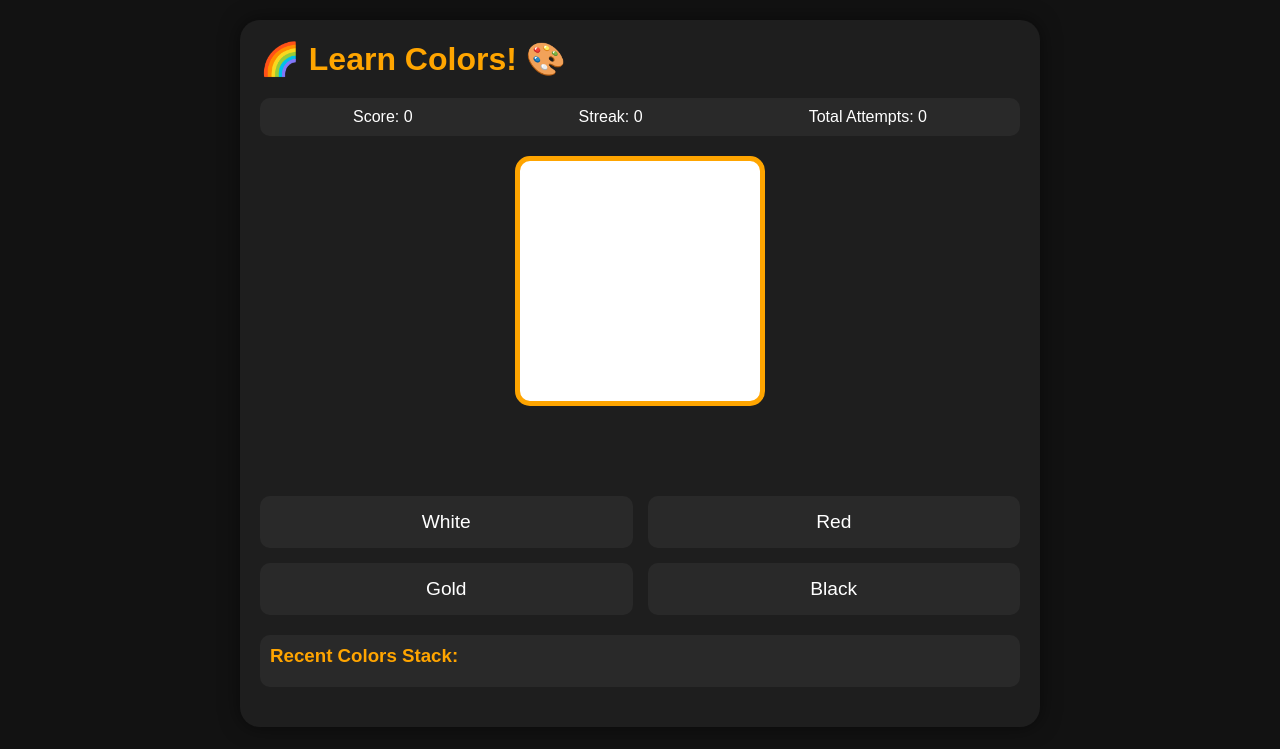
Repository: abhijeets54/learncolors
Page: project.html
The author's editor kept a copy of each file at every save. The page is drawn from the files as they stood at one save, then again after the next save.
The browser window is 1280 px wide. The pictures show the whole page.

Above is the page before, as saved 2024-11-17 19:56:06.

After the next save:
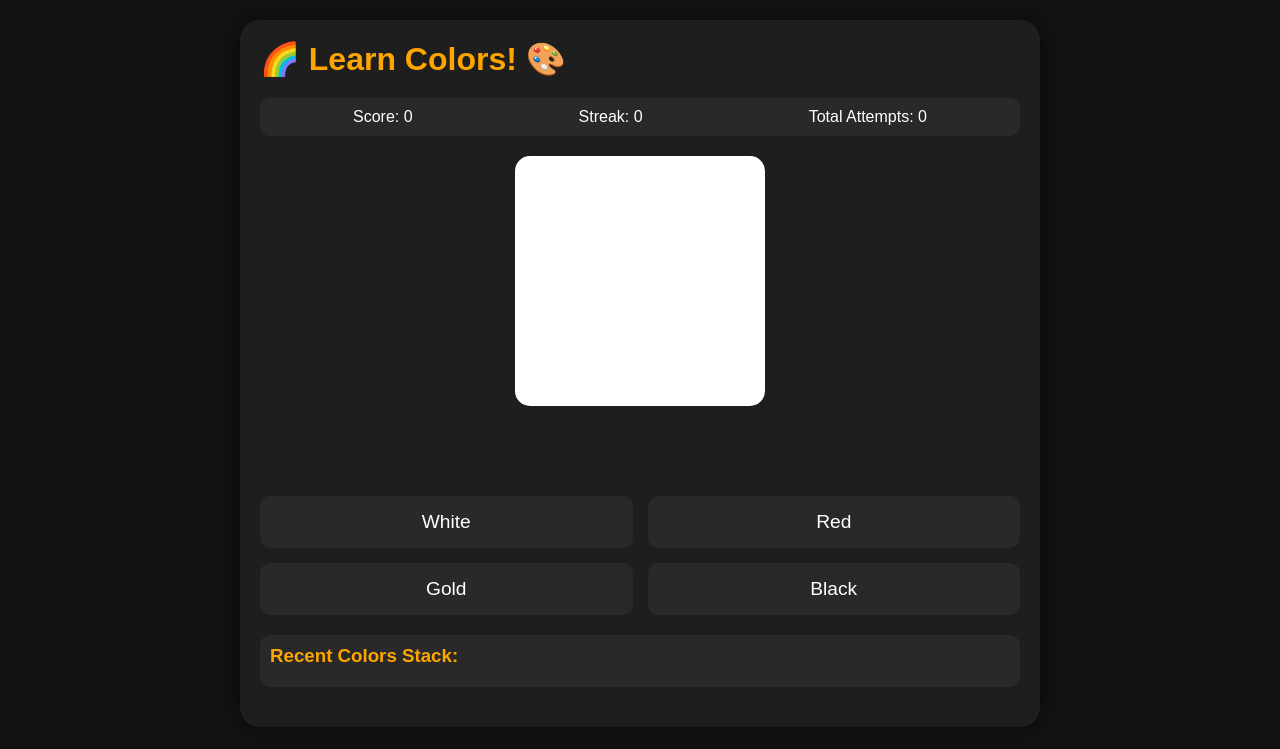
Saved 39 s later.
--- a/project.html
+++ b/project.html
@@ -46,7 +46,7 @@
             height: 250px;
             margin: 20px auto;
             border-radius: 15px;
-            border: 5px solid #ffa500;
+            border: 5px solid
         }
 
         .options-grid {
